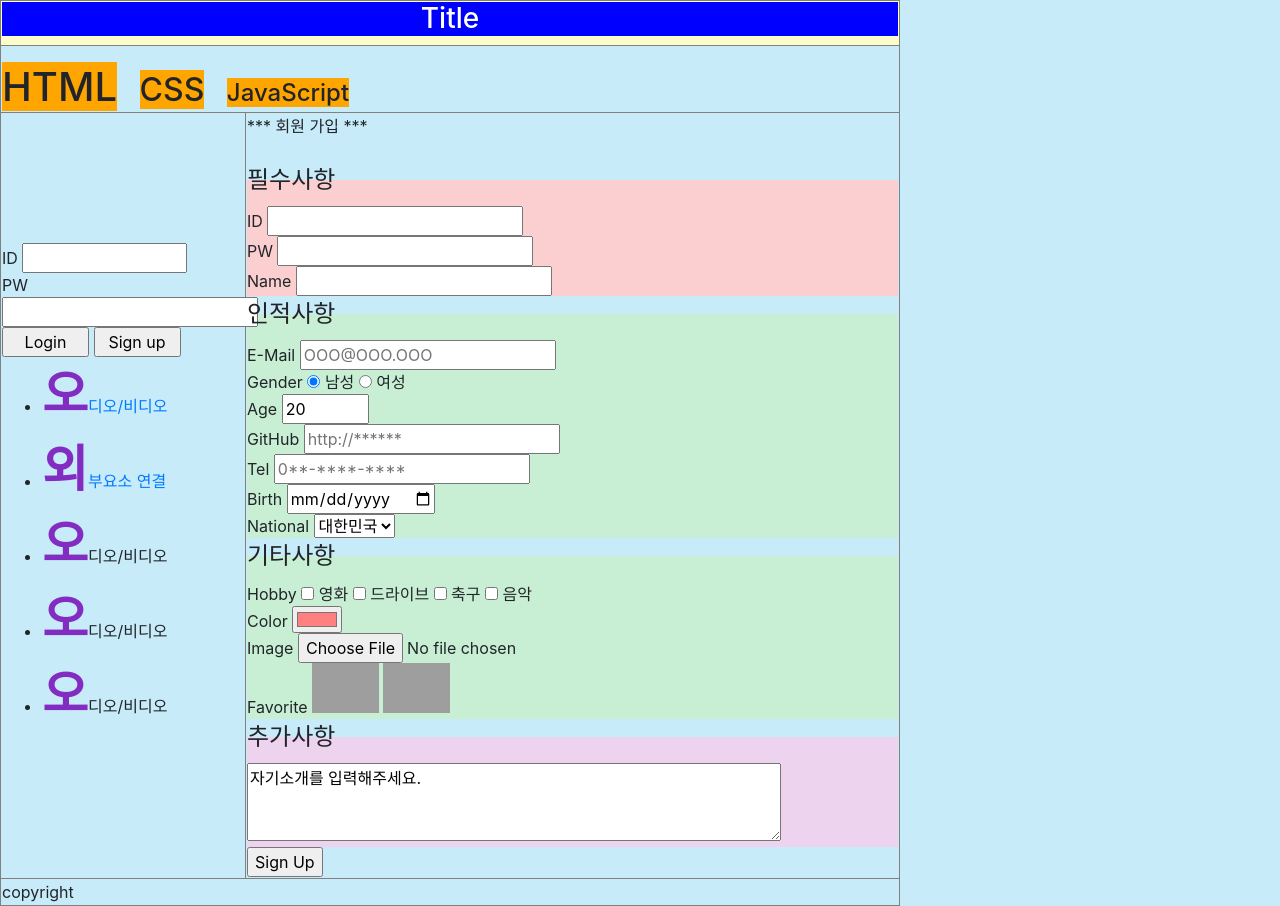
Repository: Hwangjiwon/MultiCampus
Page: http://localhost/2Study/jsp/member_insert.jsp
These files come from the project's save history. The page is drawn as it stood at one moment and after the next save; the edit follows.
The browser window is 1280 px wide. The pictures show the whole page.
Pictures or frames that could not be fetched are drawn as grey boxes. The page is served by Tomcat 9.

Above is the page before, as saved 2019-05-31 07:03:52.

After the next save:
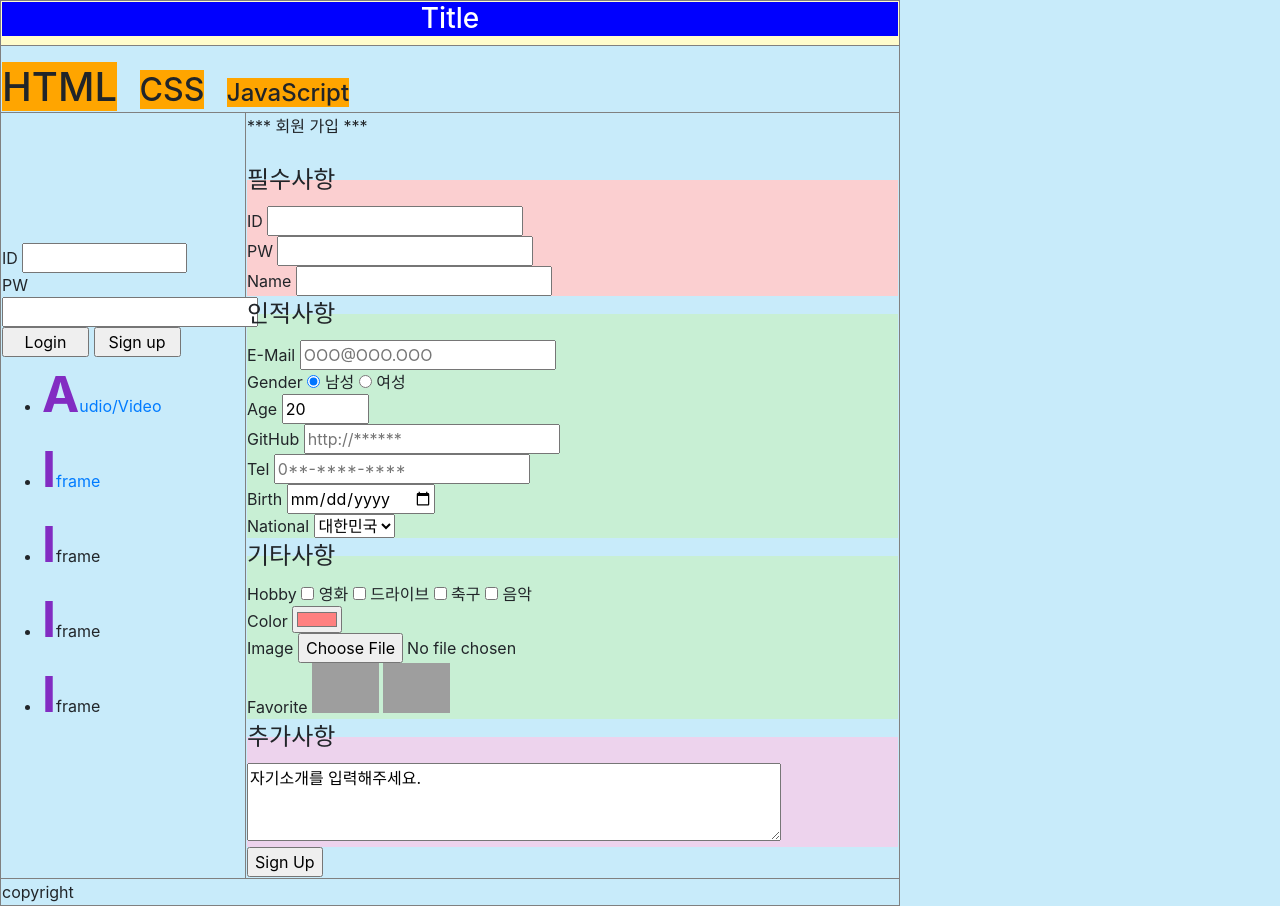
Saved 68 s later.
--- a/2Study/WebContent/jsp/side.jsp
+++ b/2Study/WebContent/jsp/side.jsp
@@ -33,10 +33,10 @@
 
 		<ul>
 			<!-- Context명부터 써줘서 절대경로화! /프로젝트명/... -->
-			<li><a href="/2Study/jsp/audio_video.jsp">오디오/비디오</a></li>
-			<li><a href="/2Study/jsp/iframe.jsp">외부요소 연결</a></li>
-			<li>오디오/비디오</li>
-			<li>오디오/비디오</li>
-			<li>오디오/비디오</li>
+			<li><a href="/2Study/jsp/audio_video.jsp">Audio/Video</a></li>
+			<li><a href="/2Study/jsp/iframe.jsp">Iframe</a></li>
+			<li>Iframe</li>
+			<li>Iframe</li>
+			<li>Iframe</li>
 		</ul>
 	</td>
